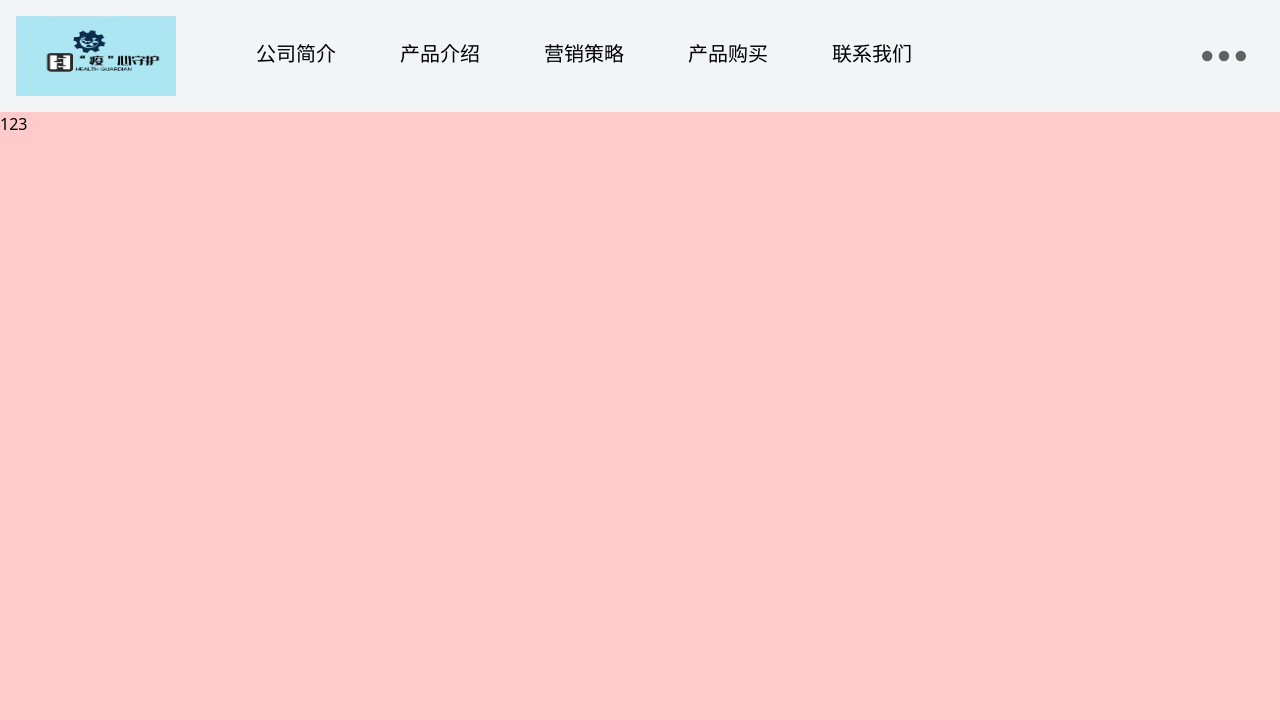
Repository: LiuRuohui/company_introduction
Page: /#/introduction
An editor plug-in stored every save of this project. The page is shown before and after the next save, followed by the edit.
The browser window is 1280 px wide. The pictures show the whole page.
The project was rebuilt for these pictures with package versions that can differ from the ones it lists, and the page was loaded fresh each time. Also part of the build but not shown: vite.config.js, src/components/product.vue, src/components/purchase.vue, src/components/strategy.vue, src/components/contact.vue, src/components/public.vue.

Above is the page before, as saved 2022-05-09 23:13:11.

### index.html
<!DOCTYPE html>
<html lang="en">
  <head>
    <meta charset="UTF-8" />
    <link rel="icon" href="/favicon.ico" />
    <meta name="viewport" content="width=device-width, initial-scale=1.0" />
    <title>COMPANY_INTRODUCTION</title>
  </head>
  <body>
    <div id="app"></div>
    <script type="module" src="/src/main.js"></script>
  </body>
</html>

### src/main.js
import { createApp } from 'vue'
import "./index.css";
//引入路由器
import router from '../src/router/route.js'

import App from './App.vue'

const app = createApp(App);
app.use(router);
app.mount('#app');

### src/index.css
/* ./src/index.css */

@tailwind base;
@tailwind components;
.inputFrame {
  @apply w-full content-center text-base px-4 py-2 border-b rounded-2xl border-gray-300;
}

.inputFrame:focus {
  @apply outline-none border-indigo-500;
}

.btn {
  @apply w-full flex justify-center bg-gradient-to-r from-indigo-500 to-blue-600 text-gray-100 p-4 rounded-full tracking-wide font-semibold shadow-lg cursor-pointer transition ease-in duration-500;
}

.btn:hover {
  @apply bg-gradient-to-l from-blue-500 to-indigo-600;
}

.label {
  @apply ml-3 text-sm font-bold text-gray-700 tracking-wide;
}

@tailwind utilities;

### src/router/route.js
import { createRouter, createWebHashHistory } from "vue-router";
//引入组件
import Introduction from "../components/introduction.vue"
import Product from "../components/product.vue"
import Purchase from "../components/purchase.vue"
import Strategy from "../components/strategy.vue"
import Contact from "../components/contact.vue"

const route = [
    {
        path:'/introduction',
        component:Introduction
    },
    {
        path:'/product',
        component:Product
    },
    {
        path:'/strategy',
        component:Strategy
    },
    {
        path:'/purchase',
        component:Purchase
    },
    {
        path:'/contact',
        component:Contact
    },
]

// 创建路由对象
const router = createRouter({
    history: createWebHashHistory(),
    routes: route
  });


export default router

### src/App.vue
<script setup>
import Public from './components/public.vue';
import MainPage from './components/mainPage.vue';
// This starter template is using Vue 3 <script setup> SFCs
// Check out https://vuejs.org/api/sfc-script-setup.html#script-setup

</script>

<template>
<MainPage></MainPage>
</template>

<style>

</style>

### src/components/introduction.vue
<script setup>

</script>

<template>
<div class="w-full bg-red-200">
123
</div>
</template>

### src/components/mainPage.vue
<script setup></script>

<template>
    <div class="max-h-full min-h-screen w-full flex flex-col bg-white">
        <div class="w-full h-28 flex flex-row bg-gray-100">
            <div class="h-full">
                <img
                    src="/src/assets/logo.png"
                    alt="公司图标"
                    class="h-20 m-4 w-40"
                />
            </div>
            <div class="flex font-sans text-xl ml-8">
                <router-link
                    active-class="active"
                    to="/introduction"
                    class="px-8 pt-10 hover:cursor-pointer hover:bg-blue-300"
                    >公司简介</router-link
                >
                <router-link
                    active-class="active"
                    to="/product"
                    class="px-8 pt-10 hover:cursor-pointer hover:bg-blue-300"
                    >产品介绍</router-link
                >
                <router-link
                    active-class="active"
                    to="/strategy"
                    class="px-8 pt-10 hover:cursor-pointer hover:bg-blue-300"
                    >营销策略</router-link
                >
                <router-link
                    active-class="active"
                    to="/purchase"
                    class="px-8 pt-10 hover:cursor-pointer hover:bg-blue-300"
                    >产品购买</router-link
                >
                <router-link
                    active-class="active"
                    to="/contact"
                    class="px-8 pt-10 hover:cursor-pointer hover:bg-blue-300"
                    >联系我们</router-link
                >
            </div>
            <div class="flex flex-grow flex-row-reverse">
                <img
                    src="/src/assets/more.svg"
                    alt="更多"
                    class="w-16 h-16 opacity-60 mt-6 mr-6 hover:cursor-pointer"
                />
            </div>
        </div>
        <div class="w-full flex flex-grow">
            <router-view></router-view>
        </div>
    </div>
</template>

<style></style>

### tailwind.config.js
module.exports = {
  content: [
      "./index.html",
      "./src/**/*.{vue,js,ts,jsx,tsx}",
  ],
  theme: {
      extend: {},
  },
  plugins: [],
}

After the next save:
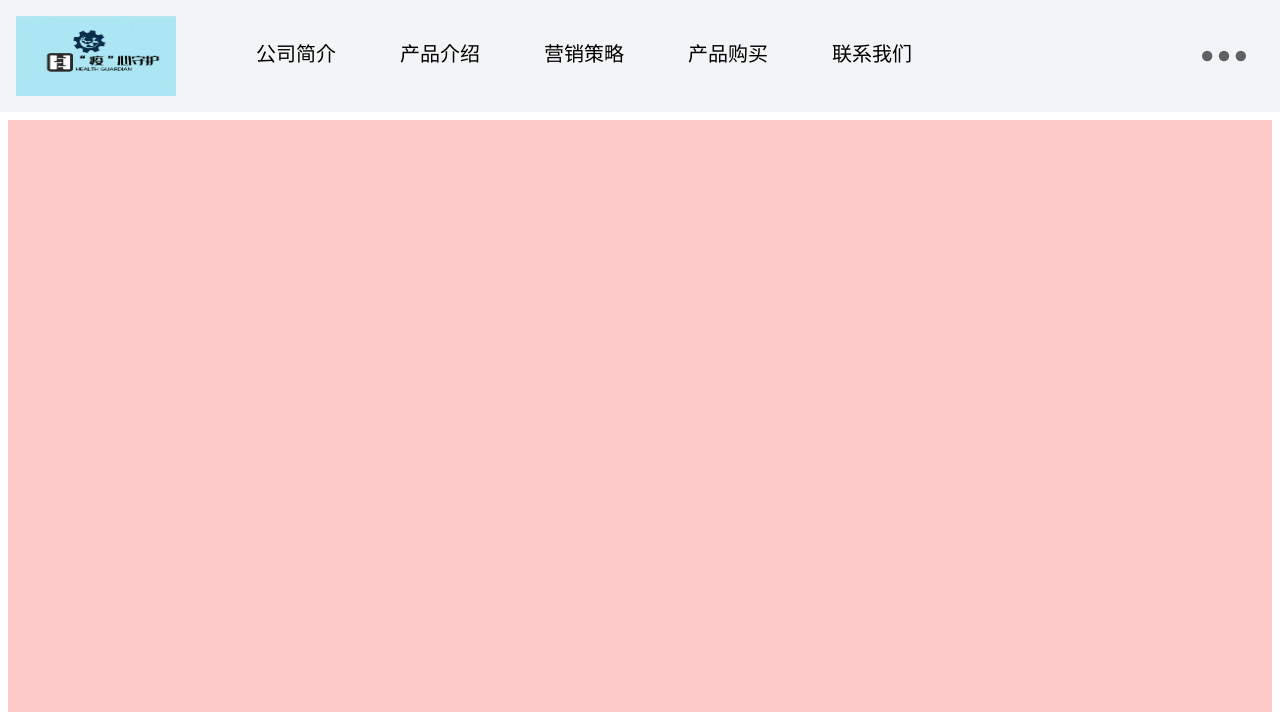
Saved 19 s later.
--- a/src/components/introduction.vue
+++ b/src/components/introduction.vue
@@ -3,7 +3,7 @@
 </script>
 
 <template>
-<div class="w-full bg-red-200">
-123
+<div class="w-full m-2 bg-red-200">
+
 </div>
 </template>
